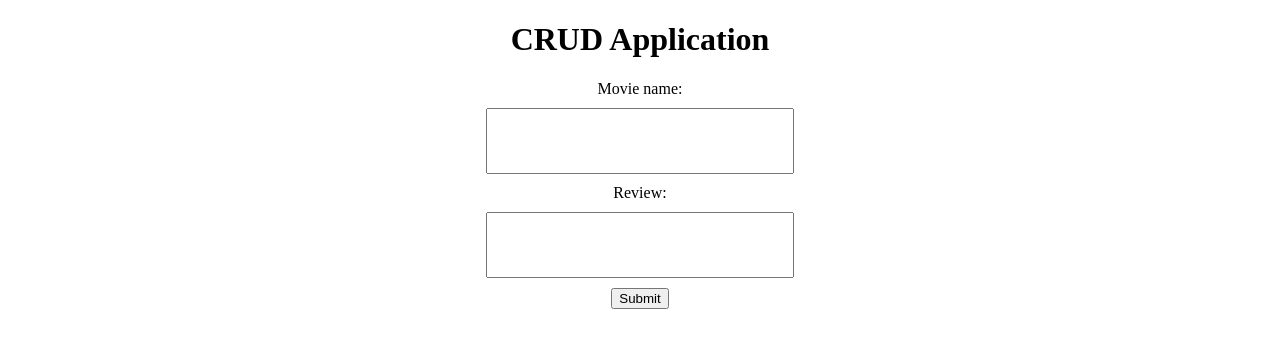
Repository: DorAzaria/CRUD-React-Node-MySQL
Page: / (app in client/)
An editor plug-in stored every save of this project. The page is shown before and after the next save, followed by the edit.
The browser window is 1280 px wide. The pictures show the whole page.
The page's requests for data from a server got no answer. The project was rebuilt for these pictures with package versions that can differ from the ones it lists, and the page was loaded fresh each time. No one was signed in, and anything a server would have sent is missing.

Above is the page before, as saved 2022-12-21 17:45:07.

After the next save:
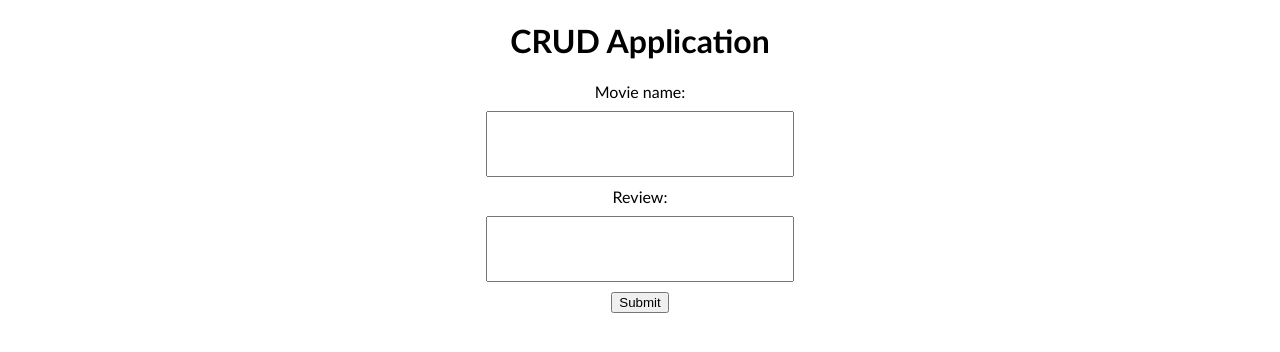
Saved 25 s later.
--- a/client/src/App.css
+++ b/client/src/App.css
@@ -1,5 +1,6 @@
 .App {
   text-align: center;
+  font-family: 'Trebuchet MS';
 }
 
 .form {
